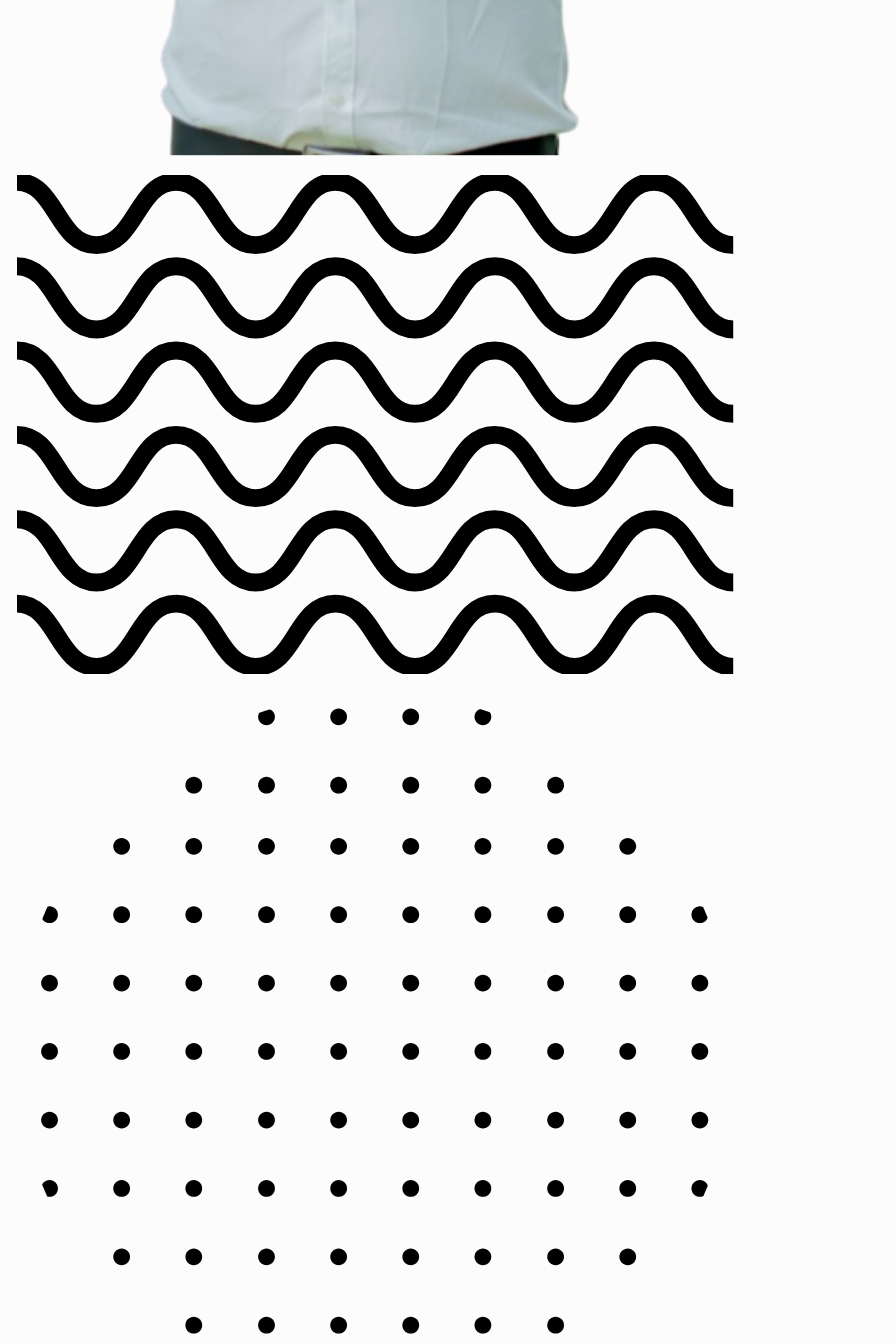
Repository: hnguyeng/myportfoliohongnguyen
Page: index.html
These files come from the project's save history. The page is drawn as it stood at one moment and after the next save; the edit follows.
The browser window is 1280 px wide. The pictures show the part of the page from y = 1284 to 3204 px (the page is 3556 px tall before and 1791 px after), at 70% of full size.
Some web libraries are served in a nearby version.

Above is the page before, as saved 2023-07-17 11:15:44.

After the next save:
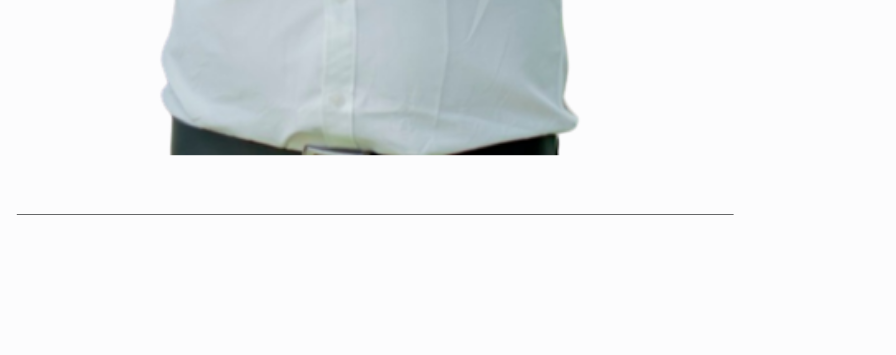
Saved 88 min 38 s later.
--- a/index.html
+++ b/index.html
@@ -83,9 +83,15 @@
                         <div class="home__perfil">
                             <img src="./assets/imgs/perfil.png" alt="home perfil">
                         </div>
-                        <img src="./assets/imgs/shape-wawes.svg" alt="" class="home__shape-wawes">
-                        <img src="./assets/imgs/shape-circle.svg" alt="" class="home__shape-circle">
+                        <!-- <img src="./assets/imgs/shape-wawes.svg" alt="" class="home__shape-wawes"> -->
+                        <!-- <img src="./assets/imgs/shape-circle.svg" alt="" class="home__shape-circle"> -->
                     </div>
+                    <ul class="home__social">
+                        <a href="#" target="_blank" class="home__social-link">
+                        </a>
+                        <a href="#" target="_blank" class="home__social-link"></a>
+                        <a href="#" target="_blank" class="home__social-link"></a>
+                    </ul>
                 </div>
             </div>
         </section>
